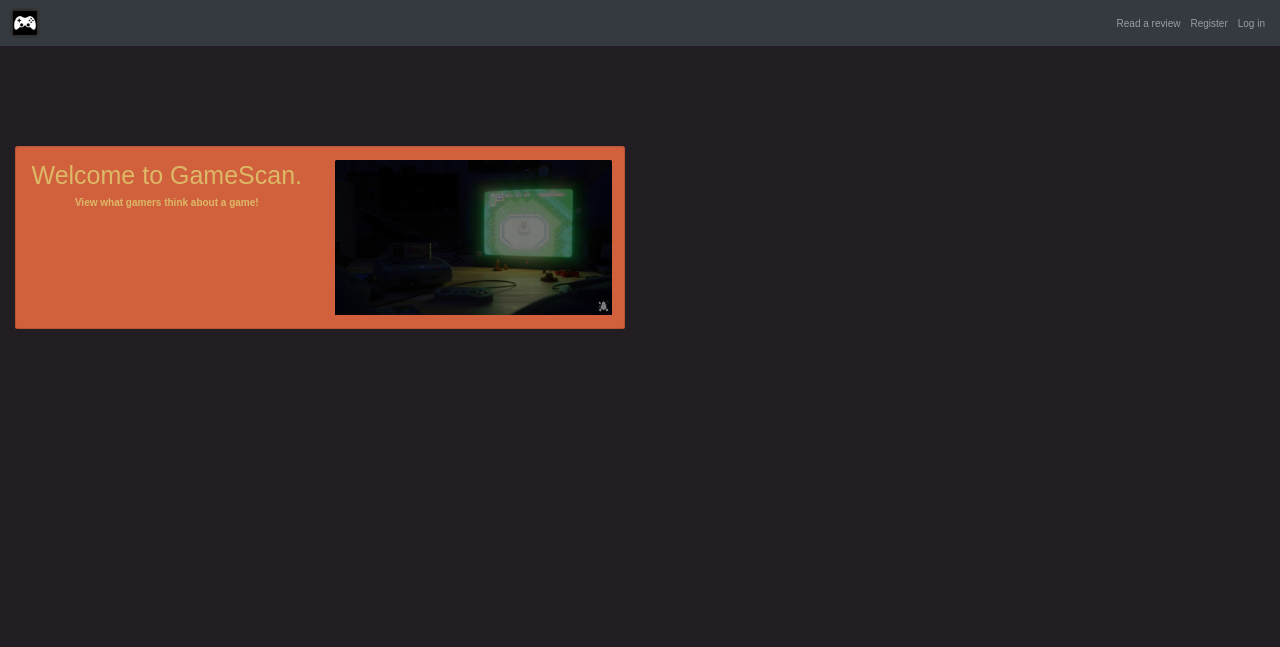
Repository: amit238/milestone-project-3
Page: http://localhost/
The author's editor kept a record of every edit. The page is drawn from the files as they stood at one moment, then again after the next edit.
The browser window is 1280 px wide. The pictures show the whole page.
Some web libraries are served in a nearby version. The page is served by the project's application, run on Flask 3 (app.py).

Above is the page before.

After the next edit:
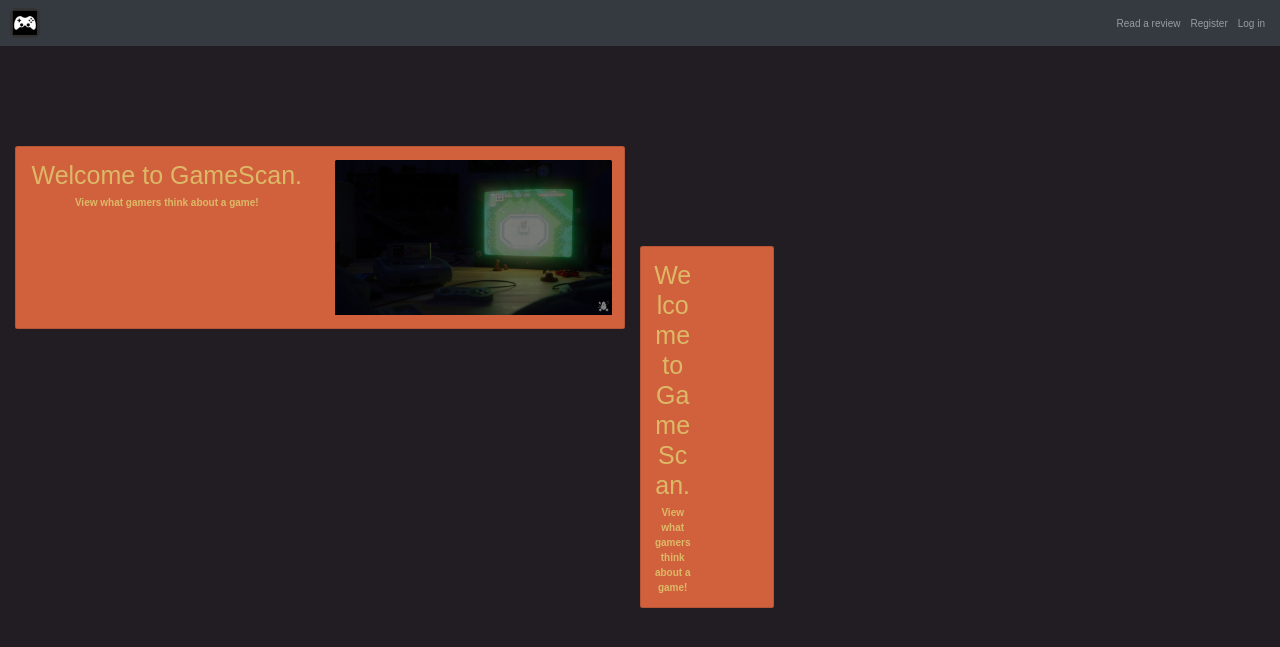
The edit:
--- a/templates/index.html
+++ b/templates/index.html
@@ -16,6 +16,20 @@
                 </div>
             </div>
         </div>
+            <div class="row card-position">
+        <div class="col-sm-6">
+            <div class="card bg-color">
+                <div class="card-body">
+                    <div class="row">
+                        <div class="col-6">
+                            <h1 class="title">Welcome to GameScan.</h1>
+                            <span class="title"><strong>View what gamers think about a game!</strong></span>
+                        </div>
+                    </div>
+                </div>
+            </div>
+        </div>
+    </div>
     </div>
 </div>
 {% endblock %}
